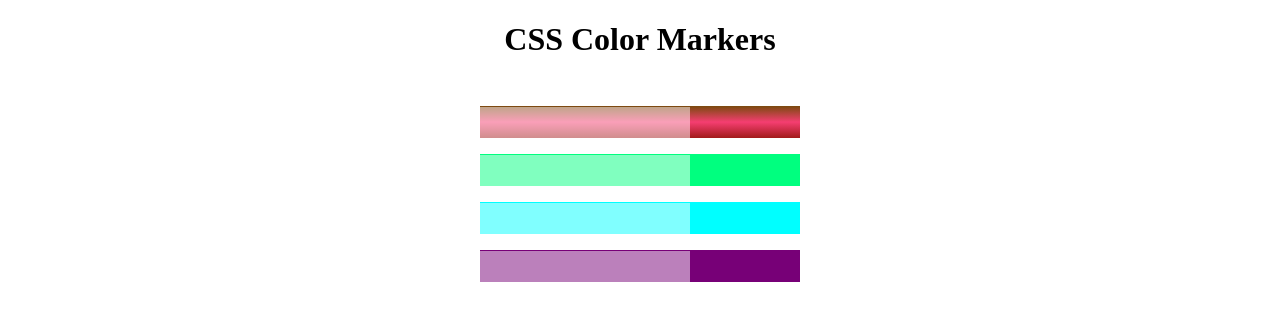
Repository: Lungdjos/color_markers
Page: index.html
The author's editor kept a copy of each file at every save. The page is drawn from the files as they stood at one save, then again after the next save.
The browser window is 1280 px wide. The pictures show the whole page.

Above is the page before, as saved 2023-09-18 18:43:33.

After the next save:
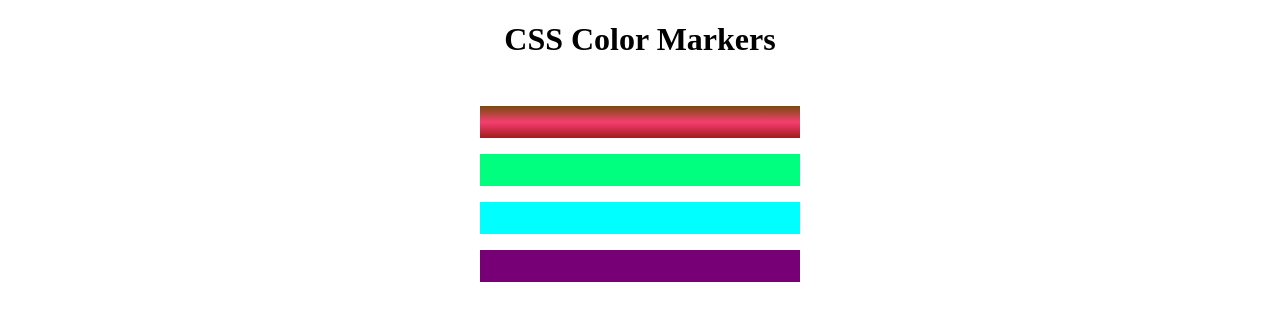
Saved 6 s later.
--- a/styles.css
+++ b/styles.css
@@ -41,5 +41,5 @@ h1 {
 
 .cap {
     width: 105px;
-    height: 1px;
+    height: 32px;
 }
